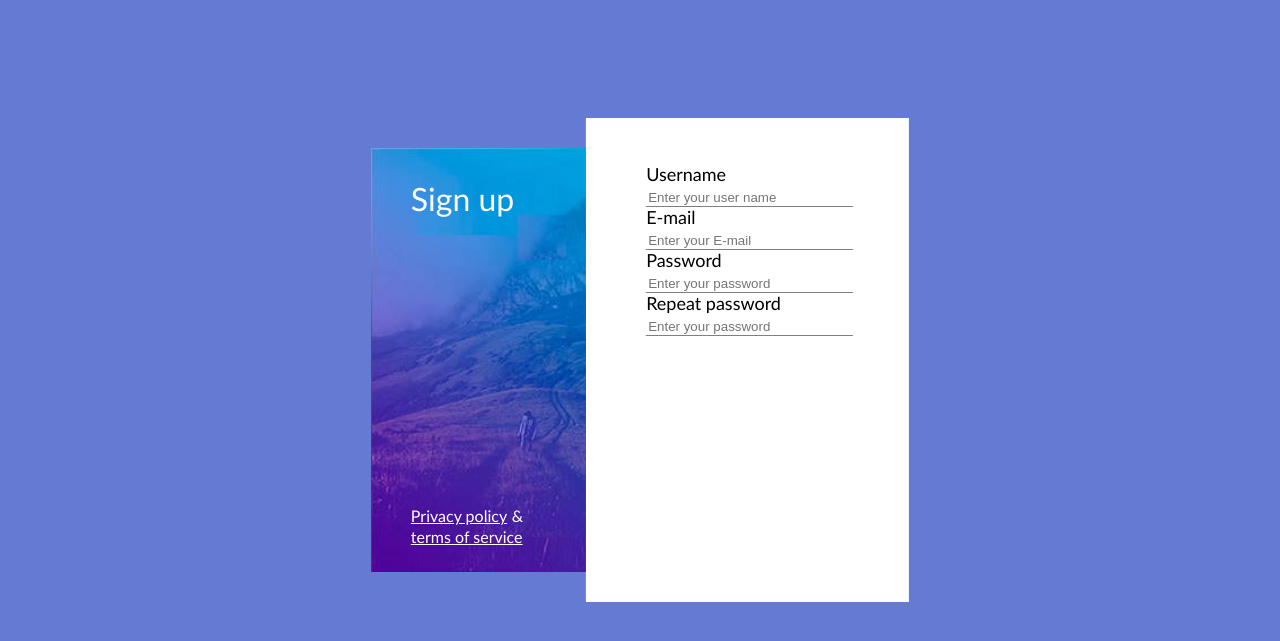
Repository: motiejus1/11-paskaita-adobexd-registracija
Page: index.html
These files come from the project's save history. The page is drawn as it stood at one moment and after a run of saves; the edit follows.
The browser window is 1280 px wide. The pictures show the whole page.

Above is the page before, as saved 2021-06-17 20:05:20.

After the next 3 saves:
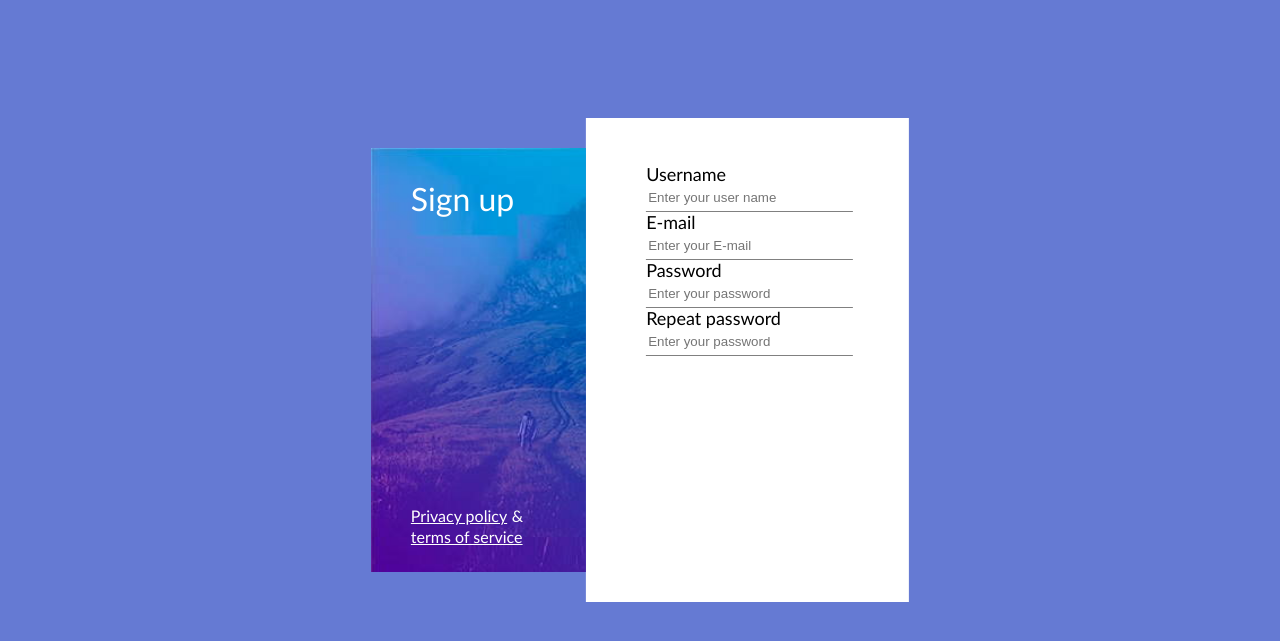
The 3 saves are shown as one change because they came seconds apart.
The last was saved 16 s later.
--- a/index.html
+++ b/index.html
@@ -88,7 +88,7 @@
             width: 100%;
             border: 0;
             border-bottom: 1px solid #808080;
-            padding-bottom: ;
+            padding-bottom: 0.3333rem;
         }
 
     </style>
